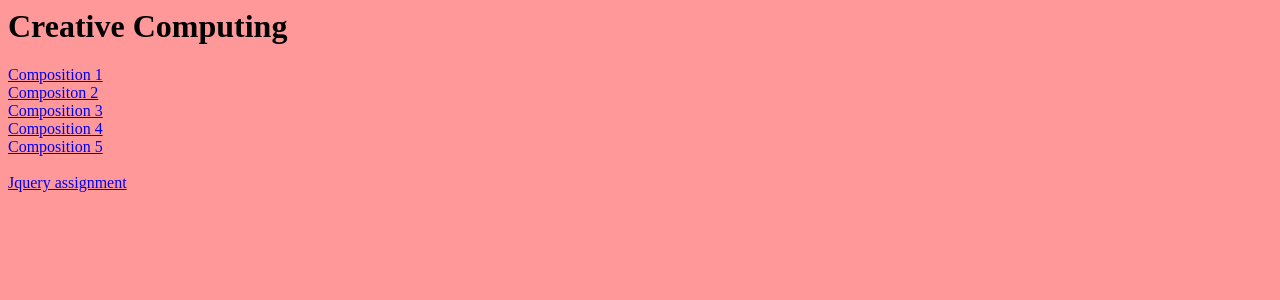
Repository: dominiquedevito/dominiquedevito.github.io
Page: index.html
The author's editor kept a record of every edit. The page is drawn from the files as they stood at one moment, then again after the next edit.
The browser window is 1280 px wide. The pictures show the whole page.

Above is the page before.

After the next edit:
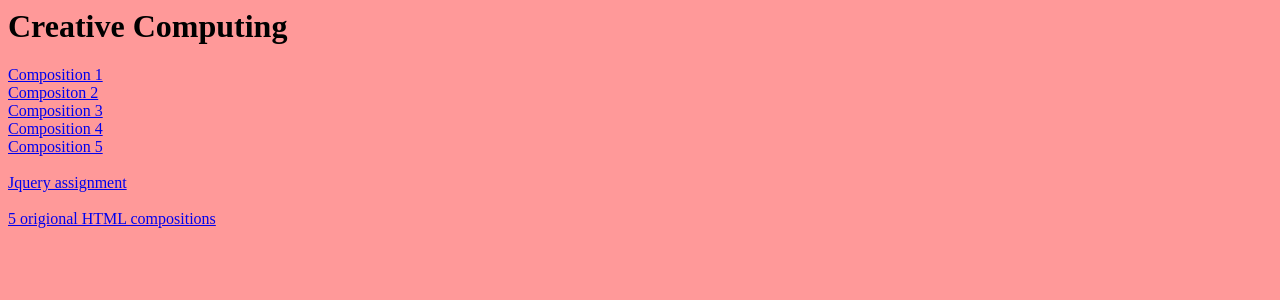
The edit:
--- a/index.html
+++ b/index.html
@@ -10,6 +10,7 @@
 	    <a href="5compositions/composition4.html">Composition 4</a><br>
 	    <a href="5compositions/composition5.html">Composition 5</a><br><br>
 	     <a href="5compositions/DDscript.js">Jquery assignment</a><br><br>
+	     <a href="5compositions/origional5Html.html">5 origional HTML compositions</a>
 
 
 
